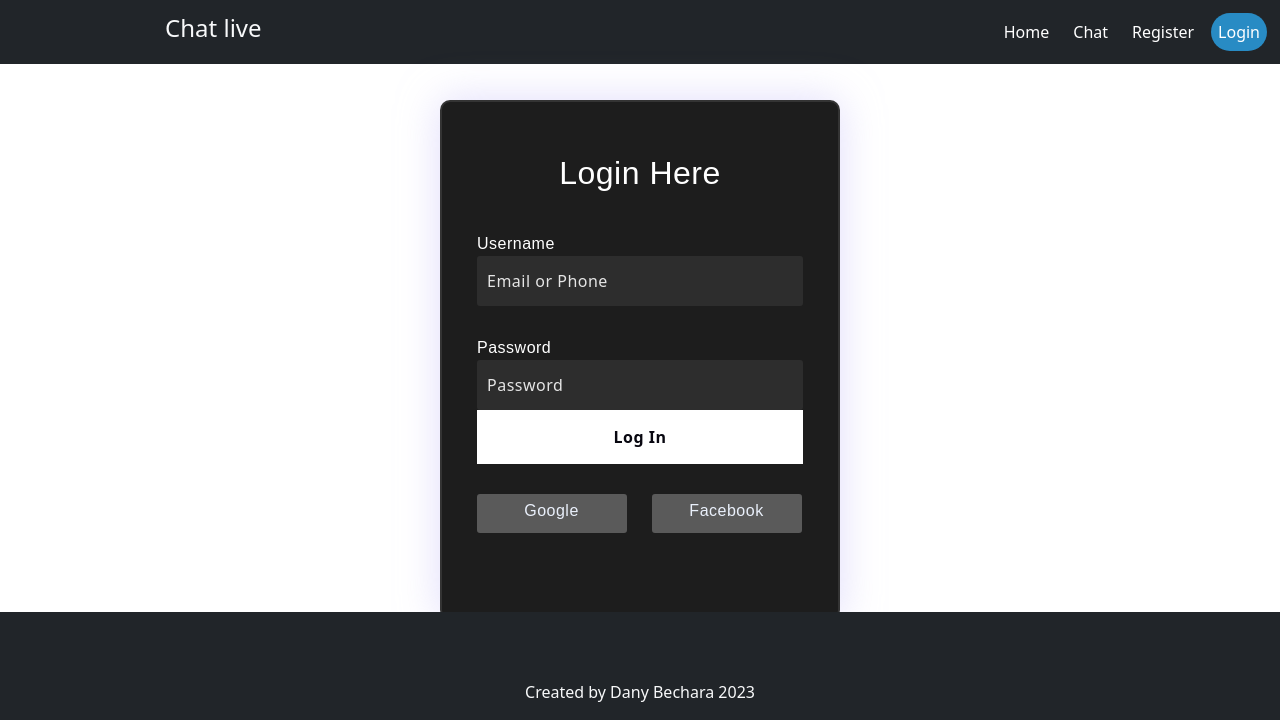
Repository: bechara611/chatv2
Page: /login
These files come from the project's save history. The page is drawn as it stood at one moment and after the next save; the edit follows.
The browser window is 1280 px wide. The pictures show the whole page.
The project was rebuilt for these pictures with package versions that can differ from the ones it lists, and the page was loaded fresh each time. Also part of the build but not shown: src/index.css, src/auth/components/register.jsx, src/ui/components/Home.jsx.

Above is the page before, as saved 2023-03-03 10:11:20.

After the next save:
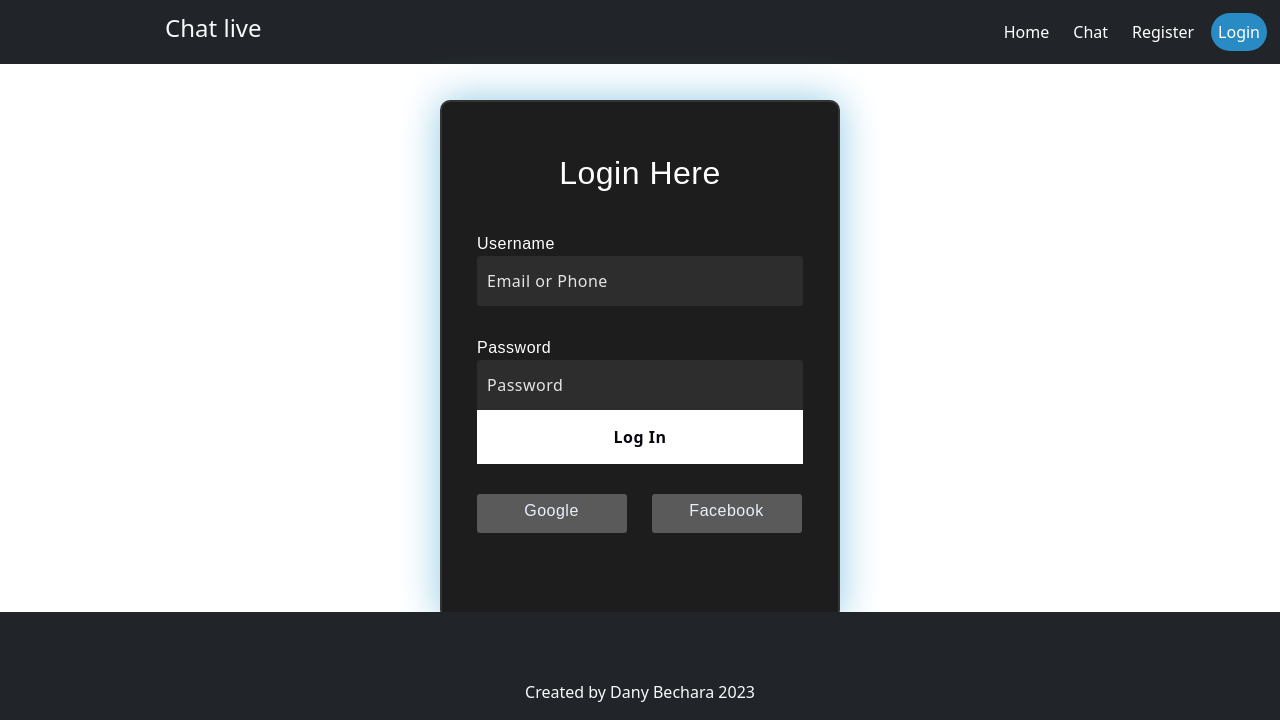
Saved 24 s later.
--- a/src/auth/components/login.css
+++ b/src/auth/components/login.css
@@ -18,7 +18,7 @@ form{
     border-radius: 10px;
     backdrop-filter: blur(10px);
     border: 2px solid rgba(255,255,255,0.1);
-    box-shadow: 0 0 40px rgba(203, 197, 248, 0.6);
+    box-shadow: 0 0 40px rgba(142, 201, 228, 1);
     padding: 50px 35px;
 }
 form *{
